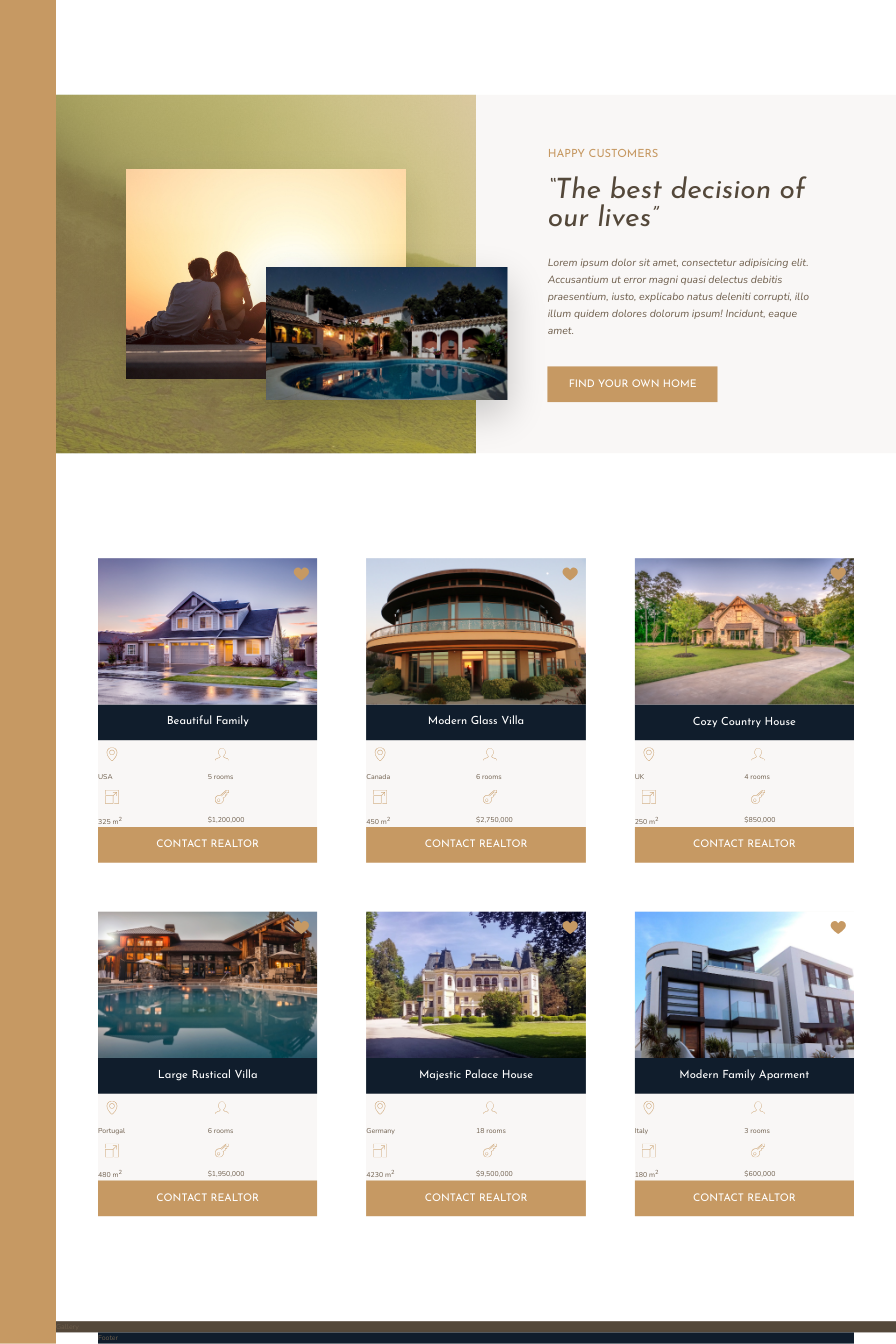
Repository: achwesiuk/nexter
Page: index.html
The author's editor kept a copy of each file at every save. The page is drawn from the files as they stood at one save, then again after the next save.
The browser window is 1280 px wide. The pictures show the part of the page from y = 958 to 2878 px (the page is 2878 px tall), at 70% of full size.
The style sheet was rebuilt from its Sass, Less or Tailwind sources for each picture, by a compiler version that may differ from the author's.

Above is the page before, as saved 2021-02-23 15:09:31.

After the next save:
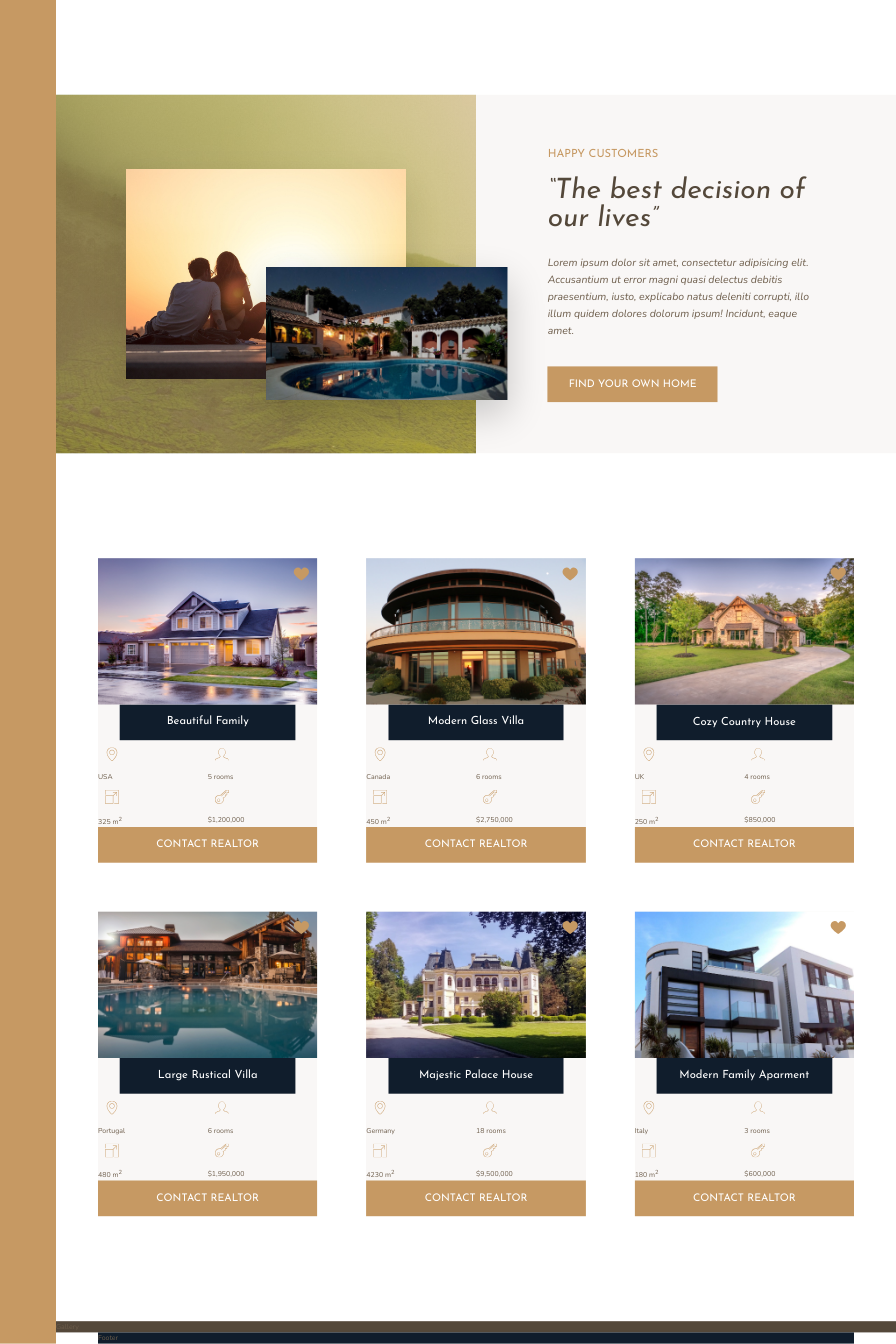
Saved 64 s later.
--- a/sass/_homes.scss
+++ b/sass/_homes.scss
@@ -42,6 +42,9 @@
         background-color: $color-secondary;
         color: #fff;
         font-weight: 400;
+
+        width: 80%;
+        justify-self: center;
     }
 
     &__location,
